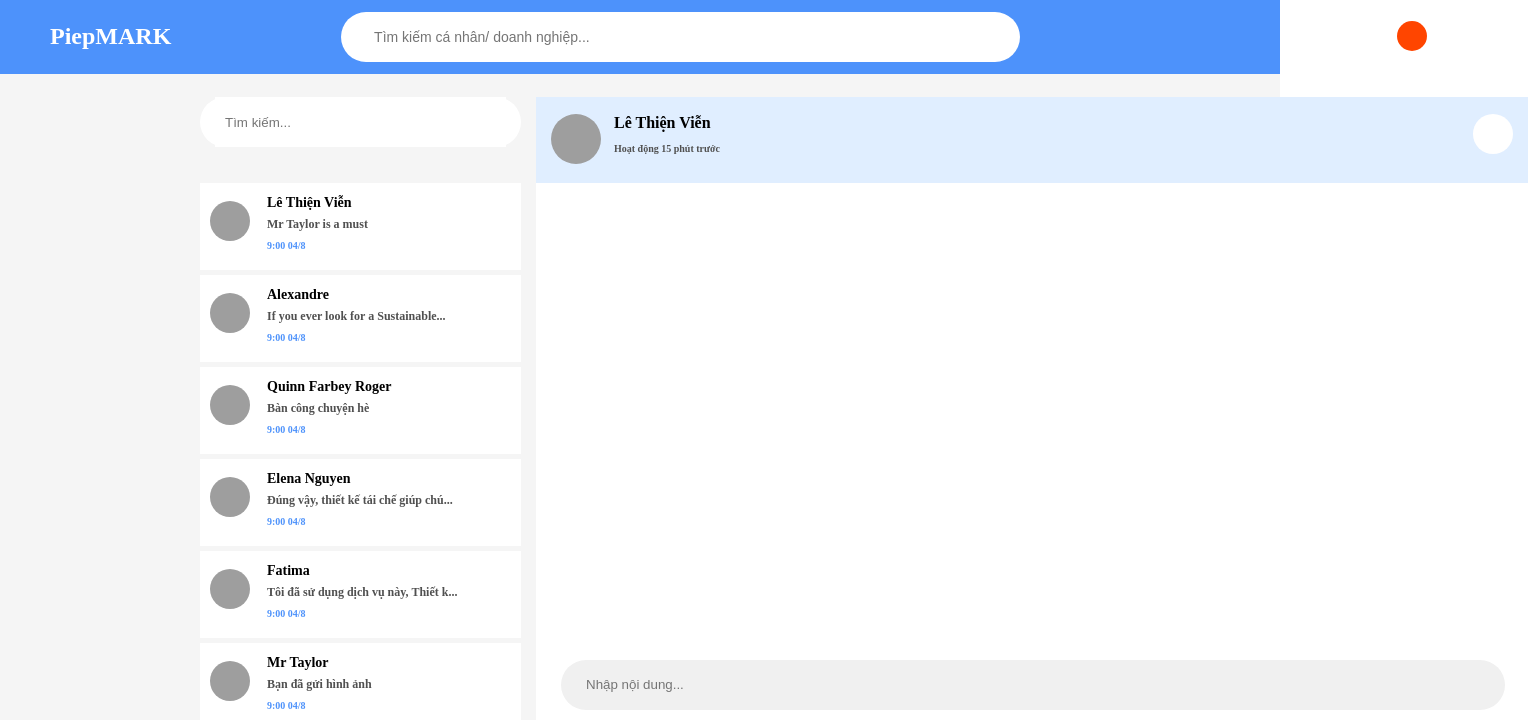
Repository: Jackietruong2805/th-c-t-p
Page: /chatbox/1 (app in vue-laravel-boilerplate/)
The author's editor kept a copy of each file at every save. The page is drawn from the files as they stood at one save, then again after the next save.
The browser window is 1280 px wide. The page is 1528 px wide, so the pictures cover 1528 px, including what lies to the right of the window. The pictures show the whole page.
Pictures or frames that could not be fetched are drawn as grey boxes. The project was rebuilt for these pictures with package versions that can differ from the ones it lists, and the page was loaded fresh each time. Also part of the build but not shown: vue-laravel-boilerplate/vite.config.ts, vue-laravel-boilerplate/src/components/DemoComponent.vue.

Above is the page before, as saved 2022-08-26 16:19:29.

### vue-laravel-boilerplate/src/main.ts
import { createApp } from 'vue';
import { createPinia } from 'pinia';

import App from './App.vue';
import router from './router';

const app = createApp(App);

app.use(createPinia());
app.use(router);
app.mount('#app');

### vue-laravel-boilerplate/src/components/ChatBox.vue

<template>
  <div class="chat__top">
    <div class="chat__status">
      <img class="chat__image" :src="image" alt="" />
      <div class="status-wrapper">
        <h2 class="chat__name">{{ name }}</h2>
        <p class="Hot-ng-15-pht-tr">Hoạt động 15 phút trước</p>
      </div>
    </div>
    <div class="chat__Ellipse-21" @click="handleCloseChatBox">
      <button class="button">
        <i class="fa fa-angle-left"></i>
      </button>
    </div>
  </div>
  <div class="chat__content">
    <div class="message-wrapper">
      <template v-if="messageAvailable">
        <ChatMessage
          :message="message.content"
          v-for="message in messageStore"
          :key="message.fromId"
        ></ChatMessage>
      </template>
    </div>
  </div>
  <div class="chat__bottom">
    <div class="chat__message">
      <form class="chat__input" @submit.prevent>
        <input
          placeholder="Nhập nội dung..."
          class="message"
          type="text"
          v-model="message"
          ref="inputMessage"
          @keyup.enter="addMessage"
        />
        <div class="chat__icon">
          <button class="button">
            <i class="fa fa-image"></i>
          </button>
          <button class="button">
            <i class="fa fa-grin-alt"></i>
          </button>
          <button
            type="submit"
            class="button sending"
            :disabled="!message"
            @click="addMessage"
          >
            <i class="fa fa-paper-plane" :class="{ 'is-active': message }"></i>
          </button>
        </div>
      </form>
    </div>
  </div>
</template>

<script lang="ts" setup>
/*
  import
*/
import { ref, onMounted } from 'vue';

import { useRoute, useRouter } from 'vue-router';
import ChatMessage from './ChatMessage.vue';

/*
  router
*/

const router = useRouter();

/*
  stores
*/
import { useMemberStore } from '../stores/storemembers';
import { useMessageStore } from '../stores/storemessage';
let image = '';
let name = '';
const route = useRoute();
const memberStore = useMemberStore().members;
let messageStore = useMessageStore().messages;
console.log(messageStore);
memberStore.forEach((member) => {
  if (member.id == parseInt(route.params.id)) {
    image = member.image;
    name = member.name;
  }
});

/*

  message

*/
let messageSending = '';
let message = ref('');
console.log(message);
let messageAvailable = ref<boolean>(false);

function addMessage() {
  messageSending = message.value;
  let member = {
    fromId: route.params.id,
    name,
    content: messageSending,
  };
  messageStore.push(member);
  messageAvailable.value = true;
  message.value = '';
  inputMessage.value?.focus();
}

const inputMessage = ref<HTMLInputElement | null>(null);

onMounted(() => {
  inputMessage.value?.focus();
});

/*

  Close ChatBox

*/

function handleCloseChatBox() {
  router.push({ path: '/' });
}
</script>

### vue-laravel-boilerplate/src/components/ChatItem.vue
<script lang="ts" setup>
/*
  import
*/

const props = defineProps({
  memberInfo: {
    type: Object,
    required: true,
  },
});
</script>

<template>
  <router-link :to="`/chatbox/${memberInfo.id}`">
    <div class="Rectangle-238">
      <div class="cardmem__ava">
        <img :src="memberInfo.image" alt="ava-1" class="cardmem__img" />
      </div>
      <div class="cardmem__info">
        <h2 class="cardmem__name">{{ memberInfo.name }}</h2>
        <p class="cardmem__text">{{ memberInfo.chatText }}</p>
        <p class="cardmem__date">{{ memberInfo.date }}</p>
      </div>
    </div>
  </router-link>
</template>

### vue-laravel-boilerplate/src/components/ChatList.vue


<script lang="ts" setup>
/*
    import
*/
// import ChatItem from './ChatItem.vue';
import { useMemberStore } from '../stores/storemembers';

/*
  stores

*/

const memberStore = useMemberStore();

const memberList = memberStore.members;
</script>

<template>
  <ChatItem
    v-for="member in memberList"
    :memberInfo="member"
    :key="member.id"
  ></ChatItem>
</template>

### vue-laravel-boilerplate/src/components/TheChat.vue
<template>
  <div class="chat__container">
    <div class="chat__left">
      <div class="chat__search">
        <i class="fa fa-search"></i>
        <input type="text" placeholder="Tìm kiếm..." />
      </div>
      <div class="chat__list">
        <chat-list></chat-list>
      </div>
    </div>
    <div class="chat__right" :data-key="$route.path">
      <router-view :key="$route.path"></router-view>
    </div>
  </div>
</template>

<script lang="ts">
/*
    import
*/
// import ChatList from './ChatList.vue';
</script>

### vue-laravel-boilerplate/src/components/TheHeader.vue
<template>
  <main class="header">
    <div class="header__left">
      <div class="header__logo">PiepMARK</div>
      <form class="header__form">
        <i class="fa fa-search"></i>
        <input
          type="text"
          class="header__search"
          placeholder="Tìm kiếm cá nhân/ doanh nghiệp..."
        />
      </form>
    </div>
    <div class="header__right">
      <div class="Ellipse-34"></div>
    </div>
  </main>
</template>

### vue-laravel-boilerplate/src/App.vue
<template>
  <header>
    <the-header></the-header>
  </header>
  <section class="chat">
    <the-chat></the-chat>
  </section>
</template>

<script lang="ts" src="./App.vue.ts">
// import
import TheHeader from './components/TheHeader.vue';
import TheChat from './components/TheChat.vue';
</script>

<style lang="scss" >
@import 'styles';
.chat {
  background-color: $bg-gray-1;
  padding: 23px 200px 0 200px;
  flex-grow: 1;
  height: calc(100vh - 74px);
}
</style>

### vue-laravel-boilerplate/src/router/index.ts
import { HOME_ROUTE } from '@/views/home/HomeView.route';
import { createRouter, createWebHistory } from 'vue-router';
import {useMemberStore} from "../stores/storemembers";
import ChatBox from "../components/ChatBox.vue"




const routes = [
  {
    path: "/chatbox/:id",
    name: "member",
    component: ChatBox,
  }
]

const router = createRouter({
  history: createWebHistory(),
  routes,
});

export default router;

### vue-laravel-boilerplate/src/stores/storemembers.ts
import { defineStore } from 'pinia'


interface User {
  name: string;
  status: boolean;
  chatText: string;
  date: string;
  image: string;
}

type memberChat = User;



export const useMemberStore = defineStore({
  id: 'members',
  state: () => {
    return {
      members: [
        {
          id: 1,
          name: 'Lê Thiện Viễn',
          status: false,
          chatText: 'Mr Taylor is a must',
          date: '9:00 04/8',
          image:
            'https://images.unsplash.com/photo-1570295999919-56ceb5ecca61?ixlib=rb-1.2.1&ixid=MnwxMjA3fDB8MHxwaG90by1wYWdlfHx8fGVufDB8fHx8&auto=format&fit=crop&w=880&q=80',
        },
        {
          id: 2,
          name: 'Alexandre',
          status: true,
          chatText: 'If you ever look for a Sustainable...',
          date: '9:00 04/8',
          image:
            'https://images.unsplash.com/photo-1583900985737-6d0495555783?ixlib=rb-1.2.1&ixid=MnwxMjA3fDB8MHxwaG90by1wYWdlfHx8fGVufDB8fHx8&auto=format&fit=crop&w=464&q=80',
        },
        {
          id:  3,
          name: 'Quinn Farbey Roger',
          status: false,
          chatText: 'Bàn công chuyện hè',
          date: '9:00 04/8',
          image:
            'https://images.unsplash.com/photo-1582639590011-f5a8416d1101?ixlib=rb-1.2.1&ixid=MnwxMjA3fDB8MHxwaG90by1wYWdlfHx8fGVufDB8fHx8&auto=format&fit=crop&w=449&q=80',
        },
        {
          id: 4,
          name: 'Elena Nguyen',
          status: true,
          chatText: 'Đúng vậy, thiết kế tái chế giúp chú...',
          date: '9:00 04/8',
          image:
            'https://images.unsplash.com/photo-1575186083127-03641b958f61?ixlib=rb-1.2.1&ixid=MnwxMjA3fDB8MHxzZWFyY2h8MTN8fGhvdCUyMGJpa2luaXxlbnwwfHwwfHw%3D&auto=format&fit=crop&w=500&q=60',
        },
        {
          id: 5,
          name: 'Fatima',
          status: false,
          chatText: 'Tôi đã sử dụng dịch vụ này, Thiết k...',
          date: '9:00 04/8',
          image:
            'https://sohanews.sohacdn.com/160588918557773824/2021/4/28/photo-9-1619575510785681886686.jpg',
        },
        {
          id: 6,
          name: 'Mr Taylor',
          status: false,
          chatText: 'Bạn đã gửi hình ảnh',
          date: '9:00 04/8',
          image:
            'https://kenh14cdn.com/2019/10/19/7269872413639461504308173511299650480050194n-15714426244161741222544.jpg',
        },
      ]
    }
  },
  getters: {
  },
  actions: {

  }
})

### vue-laravel-boilerplate/src/stores/storemessage.ts
import { defineStore } from 'pinia'



export const useMessageStore = defineStore({
  id: 'messages',
  state: () => {
    return {
      messages: [
        {
          fromId: 1,
          name: 'Lê Thiện Viễn',
          content: "testing chức năng chat",
        },
        {
          fromId: 2,
          name: 'Alexandre',
          content: "testing chức năng chat2",
        },
        {
          fromId:  3,
          name: 'Quinn Farbey Roger',
          content: "testing chức năng chat3",
        },
        {
          fromId: 4,
          name: 'Elena Nguyen',
          content: "testing chức năng chat4",
        },
        {
          fromId: 5,
          name: 'Fatima',
          content: "testing chức năng chat5",
        },
        {
          fromId: 6,
          name: 'Mr Taylor',
          content: "testing chức năng chat6",
        },
      ]
    }
  },
  getters: {
  },
  actions: {

  }
})

### vue-laravel-boilerplate/src/styles/_index.scss
// Helpers
@import "./Helpers/variables";
@import "./Helpers/mixin";
@import "./Helpers/extend";
// Base
@import "./Base/reset";

// Layouts
@import "./Layouts/header";
@import "./Layouts/chat";

// Components
@import "./Components/cardmem";

### vue-laravel-boilerplate/src/styles/Helpers/_variables.scss
// color
$color-white-0: #ffffff;
$color-black-0: #000000;
$color-black-1: #505050;
$color-blue-1: #aaccff;
$color-blue-2: #4d92fb;
$color-gray-0: #a9a9a9;
$color-gray-1: #808080;
$color-gray-2: #dcdcdc;

// background
$bg-blue-0: #4d92fb;
$bg-blue-1: #e0eeff;
$bg-white-0: #ffffff;
$bg-green-0: #38c55c;
$bg-gray-0: #f0f0f0;
$bg-gray-1: #f5f5f5;
$bg-red-0: #ff4500;

// fs
$fs-0: 14px;
$fs-1: 12px;
$fs-2: 10px;
// fw
$fw-0: bold;

// margin
$mg-0: 9px;
$mg-1: 6px;
$mg-2: 17px;
$mg-3: 86px;

### vue-laravel-boilerplate/src/styles/Helpers/_mixin.scss
@mixin styleText($color, $fs, $fw) {
    color: $color;
    font-size: $fs;
    font-weight: $fw;
}

@mixin styleAva($size) {
    width: $size;
    height: $size;
    border-radius: 50%;
    object-fit: cover;
}

@mixin borderCircle($size, $bgColor) {
    width: $size;
    height: $size;
    border-radius: 50%;
    background-color: $bgColor;
}

### vue-laravel-boilerplate/src/styles/Helpers/_extend.scss
%flexCenter {
    display: flex;
    justify-content: center;
    align-items: center;
}

### vue-laravel-boilerplate/src/styles/Base/_reset.scss
* {
    padding: 0;
    margin: 0;
    box-sizing: border-box;
}

html,
body {
    height: 100vh;
}

### vue-laravel-boilerplate/src/styles/Layouts/_header.scss
.header {
    height: 74px;
    display: flex;
    align-items: center;
    justify-content: space-between;
    padding: 9px 50px 11px;
    background-color: $bg-blue-0;

    .header__left {
        display: flex;
        align-items: center;
        justify-content: center;
        .header__logo {
            color: $color-white-0;
            font-family: "Dancing Script", cursive;
            font-size: 24px;
            font-weight: bold;
        }
        .header__form {
            width: 679px;
            height: 50px;
            margin: 3px 377px 1px 169.8px;
            padding: 10px 0px 10px 23px;
            border-radius: 100px;
            background-color: $bg-white-0;
            display: flex;
            align-items: center;
            i {
                font-size: 30px;
                flex-grow: 0;
            }
            .header__search {
                border: 0;
                flex: 1;
                margin-left: 10px;
                background-color: transparent;
                height: 50px;
                &:focus {
                    outline: 0;
                }
                &[placeholder] {
                    font-size: 14px;
                    color: $color-gray-0;
                }
            }
        }
    }
    .header__right {
        display: flex;
        .Ellipse-34 {
            width: 30px;
            height: 30px;
            padding: 5.3px 6.3px 7.3px;
            justify-self: end;
            background-color: $bg-red-0;
            width: 30px;
            height: 30px;
            border-radius: 50%;
        }
    }
}

### vue-laravel-boilerplate/src/styles/Layouts/_chat.scss
.chat__container {
    display: flex;
    height: 100%;
    .chat__left {
        flex-grow: 0;
        height: 100%;
        display: flex;
        flex-direction: column;
        .chat__search {
            height: 50px;
            border-radius: 100px;
            background-color: $color-white-0;
            padding: 15px;
            display: flex;
            align-items: center;
            margin-bottom: $mg-2 + 1;
            flex-grow: 0;
            position: fixed;
            z-index: 10;
            width: 321px;
            & i {
                color: $color-gray-0;
                font-size: 25px;
            }
            input {
                height: 50px;
                border: 0;
                flex-grow: 1;
                padding: 0 0 0 10px;
                &:focus {
                    outline: none;
                }
                &[placeholder] {
                    color: $color-gray-0;
                }
            }
        }
        .chat__list {
            margin-top: $mg-3;
            flex: 1;
            overflow: auto;
            max-width: 321px;
            overflow-y: auto;
            overflow-x: hidden;
            & > * {
                text-decoration: none;
            }
        }
    }
    .chat__right {
        flex: 1;
        display: flex;
        flex-direction: column;
        padding-left: 15px;
        .chat__top {
            display: flex;
            height: 86px;
            padding: 17px 15px 19px;
            justify-content: space-between;
            background-color: $bg-blue-1;
            flex-grow: 0;
            .chat__status {
                display: flex;
                flex-grow: 0;
                .chat__image {
                    @include styleAva(50px);
                }
                .status-wrapper {
                    padding-left: 13px;
                    .chat__name {
                        @include styleText($color-black-0, $fs-0 + 2, $fw-0);
                        margin-bottom: $mg-0 + 2;
                    }
                    .Hot-ng-15-pht-tr {
                        @include styleText($color-black-1, $fs-2, $fw-0);
                    }
                }
            }
            .chat__Ellipse-21 {
                @extend %flexCenter;
                color: $color-blue-2;
                @include borderCircle(40px, $bg-white-0);
                cursor: pointer;
                .button {
                    border: 0;
                    background-color: transparent;
                }
            }
        }
        .chat__content {
            padding: 17px 15px 17px 15px;
            background-color: $bg-white-0;
            flex: 1;
            overflow-y: auto;
            overflow-x: hidden;
            display: flex;
            flex-direction: column-reverse;
            .message-content {
                background-color: $bg-blue-0;
                max-width: 529px;
                width: fit-content;
                border-radius: 20px 15px 0px 20px;
                padding: 14px 13px 16px 11px;
                margin-left: auto;
                word-break: break-word;
                color: $color-white-0;
                margin-bottom: 15px;
            }
            .message-content2 {
                background-color: $bg-gray-0;
                max-width: 529px;
                width: fit-content;
                border-radius: 0 20px 20px 15px;
                padding: 14px 13px 16px 11px;
                margin-right: auto;
                word-break: break-word;
                color: $color-black-0;
                margin-bottom: 15px;
            }
        }
        .chat__bottom {
            display: flex;
            flex-direction: column;
            flex-grow: 0;
            .chat__content {
                background-color: $bg-white-0;
                flex-grow: 1;
            }
            .chat__message {
                flex: 0;
                height: 134px;
                width: 992px;
                background-color: $bg-white-0;
                padding: 10px 22.6px 10.4px 25px;
                .chat__input {
                    display: flex;
                    align-items: center;
                    justify-content: space-between;
                    background-color: $bg-gray-0;
                    height: 50px;
                    padding: 10px 22.6px 10.4px 25px;
                    border-radius: 100px;
                    .message {
                        flex: 1;
                        border: none;
                        background-color: transparent;
                        height: 50px;
                        padding-right: 12px;
                        &:focus {
                            outline: 0;
                        }
                    }
                }
                .chat__icon {
                    width: 60px;
                    display: flex;
                    justify-content: space-between;
                    align-items: center;
                    flex-grow: 0;
                    .button {
                        border: 0;
                        color: $color-gray-1;
                    }
                    .sending {
                        color: #dcdcdc;
                    }
                    .is-active {
                        color: $bg-blue-0;
                    }
                }
            }
        }
    }
}

### vue-laravel-boilerplate/src/styles/Components/_cardmem.scss
.Rectangle-238 {
    width: 321px;
    height: 87px;
    display: flex;
    align-items: center;
    background-color: $bg-white-0;
    padding: 9px 27px 17px 10px;
    margin-bottom: $mg-1 - 1;
    .cardmem__ava {
        align-self: flex-start;
        margin-top: $mg-0;
        .cardmem__img {
            @include styleAva(40px);
            flex-grow: 0;
        }
    }
    .cardmem__info {
        flex: 1;
        margin-left: $mg-2;
        .cardmem__name {
            @include styleText($color-black-0, $fs-0, $fw-0);
            margin-bottom: $mg-1;
        }
        .cardmem__text {
            @include styleText($color-black-1, $fs-1, $fw-0);
            margin-bottom: $mg-1 + 2;
        }
        .cardmem__date {
            @include styleText($color-blue-2, $fs-2, $fw-0);
        }
    }
}

### vue-laravel-boilerplate/src/App.vue.ts
import { defineComponent } from 'vue';
export default defineComponent({});

### vue-laravel-boilerplate/src/components/ChatMessage.vue
<template>
  <div class="message-content2">{{ message }}</div>
</template>

<script setup lang="ts">
/*
    import
*/
import { defineProps } from 'vue';

/*
    Props
*/

const props = defineProps({
  message: {
    type: String,
  },
});

const message = props.message;
console.log(message);
</script>

After the next save:
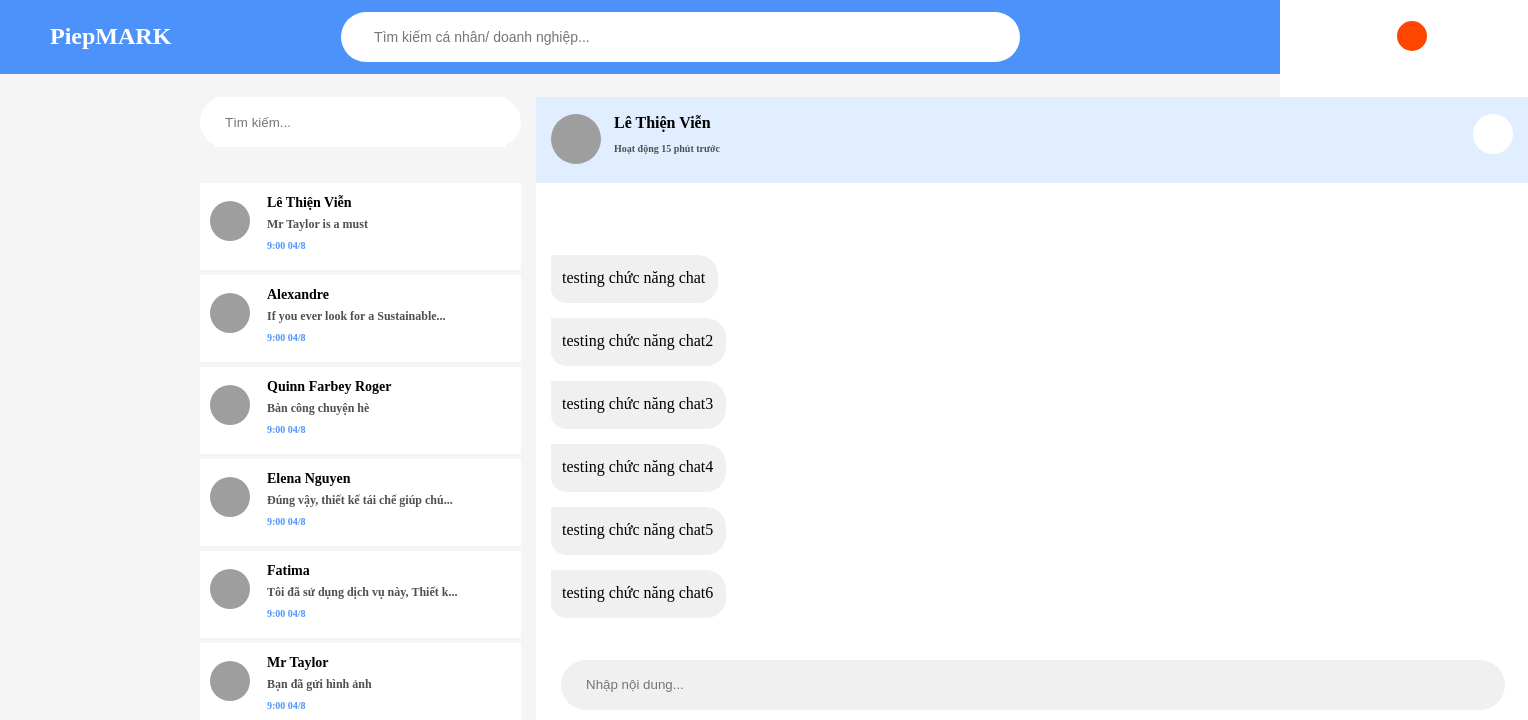
Saved 3 min 9 s later.
--- a/vue-laravel-boilerplate/src/components/ChatBox.vue
+++ b/vue-laravel-boilerplate/src/components/ChatBox.vue
@@ -16,13 +16,11 @@
   </div>
   <div class="chat__content">
     <div class="message-wrapper">
-      <template v-if="messageAvailable">
-        <ChatMessage
-          :message="message.content"
-          v-for="message in messageStore"
-          :key="message.fromId"
-        ></ChatMessage>
-      </template>
+      <ChatMessage
+        :message="message.content"
+        v-for="message in messageStore"
+        :key="message.fromId"
+      ></ChatMessage>
     </div>
   </div>
   <div class="chat__bottom">
